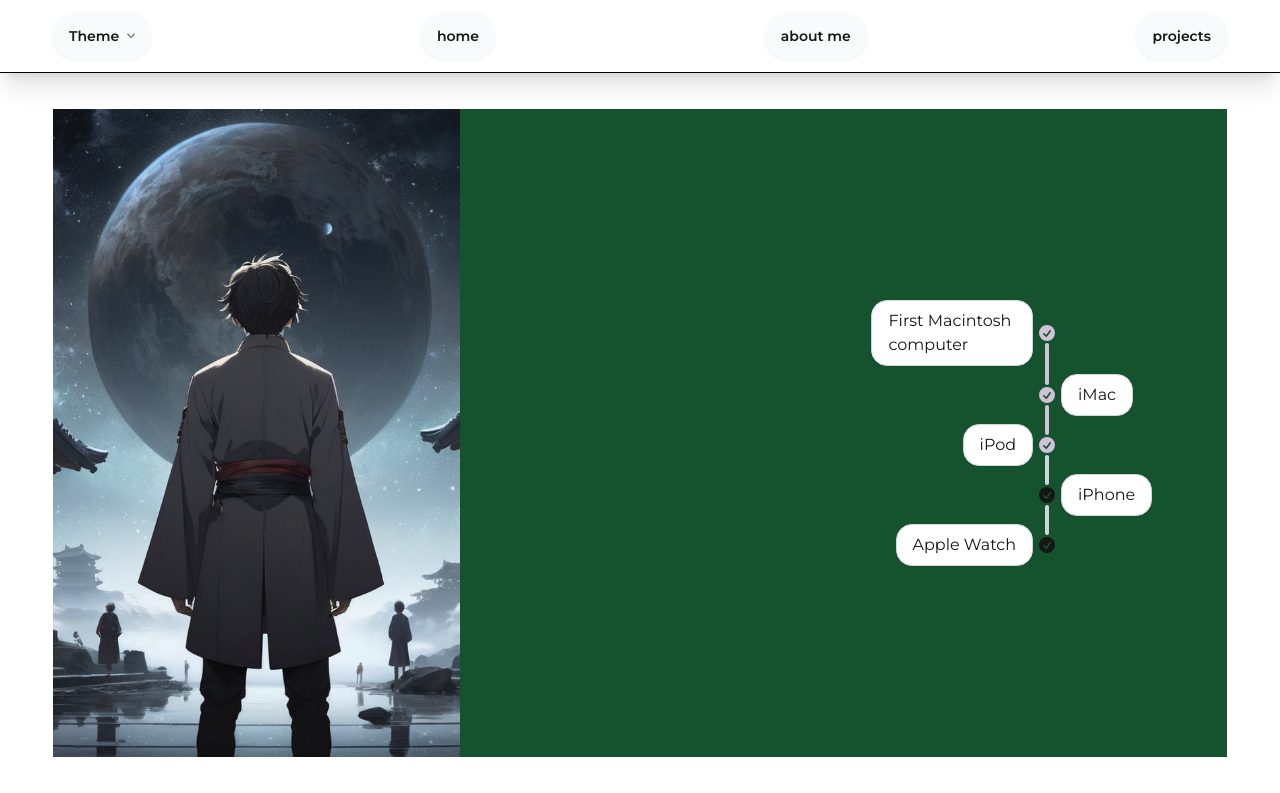
Repository: Yakyaz/myWebsite
Page: /about
An editor plug-in stored every save of this project. The page is shown before and after the next save, followed by the edit.
The browser window is 1280 px wide. The pictures show the whole page.
The project was rebuilt for these pictures with package versions that can differ from the ones it lists, and the page was loaded fresh each time. The framework's server and built-in components were replaced by stand-ins that run in the browser. Also part of the build but not shown: next.config.js.

Above is the page before, as saved 2023-12-05 21:44:37.

### app/layout.tsx
import type { Metadata } from "next";
import { Montserrat } from "next/font/google";
import "./globals.css";
import Navbar from "../components/navbar";

const montserrat = Montserrat({ subsets: ["latin"] });

export const metadata: Metadata = {
  title: "Create Next App",
  description: "Generated by create next app",
};

export default function RootLayout({
  children,
}: {
  children: React.ReactNode;
}) {
  return (
    <html lang="en" data-theme="pastel" style={{ overflow: "hidden" }}>
      <body className={montserrat.className} style={{ overflow: "hidden" }}>
        <Navbar />
        <div>{children}</div>
      </body>
    </html>
  );
}

### app/about/page.tsx
import Link from "next/link";
import bg from "public/background.png";
import Image from "next/image";
function Home() {
  return (
    <main className="w-screen h-screen flex items-center justify-center ">
      <div
        className="bg-green-900 w-11/12 flex justify-center items-center "
        style={{ height: "90%" }}
      >
        <div className=" h-full w-full">
          <Image
            className="  mb-3 h-full w-1/2 object-cover "
            alt="Pb"
            src={bg}
            placeholder="blur"
            quality={100}
            sizes="100%"
          />
        </div>
        <div>
          <ul className="timeline timeline-vertical">
            <li>
              <div className="timeline-start timeline-box">
                First Macintosh computer
              </div>
              <div className="timeline-middle">
                <svg
                  xmlns="http://www.w3.org/2000/svg"
                  viewBox="0 0 20 20"
                  fill="currentColor"
                  className="w-5 h-5 text-primary"
                >
                  <path
                    fillRule="evenodd"
                    d="M10 18a8 8 0 100-16 8 8 0 000 16zm3.857-9.809a.75.75 0 00-1.214-.882l-3.483 4.79-1.88-1.88a.75.75 0 10-1.06 1.061l2.5 2.5a.75.75 0 001.137-.089l4-5.5z"
                    clipRule="evenodd"
                  />
                </svg>
              </div>
              <hr className="bg-primary" />
            </li>
            <li>
              <hr className="bg-primary" />
              <div className="timeline-middle">
                <svg
                  xmlns="http://www.w3.org/2000/svg"
                  viewBox="0 0 20 20"
                  fill="currentColor"
                  className="w-5 h-5 text-primary"
                >
                  <path
                    fillRule="evenodd"
                    d="M10 18a8 8 0 100-16 8 8 0 000 16zm3.857-9.809a.75.75 0 00-1.214-.882l-3.483 4.79-1.88-1.88a.75.75 0 10-1.06 1.061l2.5 2.5a.75.75 0 001.137-.089l4-5.5z"
                    clipRule="evenodd"
                  />
                </svg>
              </div>
              <div className="timeline-end timeline-box">iMac</div>
              <hr className="bg-primary" />
            </li>
            <li>
              <hr className="bg-primary" />
              <div className="timeline-start timeline-box">iPod</div>
              <div className="timeline-middle">
                <svg
                  xmlns="http://www.w3.org/2000/svg"
                  viewBox="0 0 20 20"
                  fill="currentColor"
                  className="w-5 h-5 text-primary"
                >
                  <path
                    fillRule="evenodd"
                    d="M10 18a8 8 0 100-16 8 8 0 000 16zm3.857-9.809a.75.75 0 00-1.214-.882l-3.483 4.79-1.88-1.88a.75.75 0 10-1.06 1.061l2.5 2.5a.75.75 0 001.137-.089l4-5.5z"
                    clipRule="evenodd"
                  />
                </svg>
              </div>
              <hr />
            </li>
            <li>
              <hr />
              <div className="timeline-middle">
                <svg
                  xmlns="http://www.w3.org/2000/svg"
                  viewBox="0 0 20 20"
                  fill="currentColor"
                  className="w-5 h-5"
                >
                  <path
                    fillRule="evenodd"
                    d="M10 18a8 8 0 100-16 8 8 0 000 16zm3.857-9.809a.75.75 0 00-1.214-.882l-3.483 4.79-1.88-1.88a.75.75 0 10-1.06 1.061l2.5 2.5a.75.75 0 001.137-.089l4-5.5z"
                    clipRule="evenodd"
                  />
                </svg>
              </div>
              <div className="timeline-end timeline-box">iPhone</div>
              <hr />
            </li>
            <li>
              <hr />
              <div className="timeline-start timeline-box">Apple Watch</div>
              <div className="timeline-middle">
                <svg
                  xmlns="http://www.w3.org/2000/svg"
                  viewBox="0 0 20 20"
                  fill="currentColor"
                  className="w-5 h-5"
                >
                  <path
                    fillRule="evenodd"
                    d="M10 18a8 8 0 100-16 8 8 0 000 16zm3.857-9.809a.75.75 0 00-1.214-.882l-3.483 4.79-1.88-1.88a.75.75 0 10-1.06 1.061l2.5 2.5a.75.75 0 001.137-.089l4-5.5z"
                    clipRule="evenodd"
                  />
                </svg>
              </div>
            </li>
          </ul>
        </div>
      </div>
    </main>
  );
}

export default Home;

### components/navbar.tsx
import Link from "next/link";
import React from "react";
import Toggle from "./toggle";

const Navbar = () => {
  return (
    <ul className="flex flex-row justify-between items-center p-2 pr-12 pl-12 border-b border-black shadow-xl">
      <li>
        <Toggle />
      </li>
      <li>
        <Link className=" btn m-1" href="/home">
          home
        </Link>
      </li>
      <li>
        <Link className="btn m-1" href="/about">
          about me
        </Link>
      </li>
      <li>
        <Link className="btn m-1" href="/projects">
          projects
        </Link>
      </li>
    </ul>
  );
};

export default Navbar;

### components/toggle.tsx
import React from "react";

const Toggle = () => {
  return (
    <div className="dropdown ">
      <div tabIndex={0} role="button" className="btn m-1">
        Theme
        <svg
          width="12px"
          height="12px"
          className="h-2 w-2 fill-current opacity-60 inline-block"
          xmlns="http://www.w3.org/2000/svg"
          viewBox="0 0 2048 2048"
        >
          <path d="M1799 349l242 241-1017 1017L7 590l242-241 775 775 775-775z"></path>
        </svg>
      </div>
      <ul
        tabIndex={0}
        className="dropdown-content z-[1] p-2 shadow-2xl bg-base-300 rounded-box w-52"
      >
        <li>
          <input
            type="radio"
            name="theme-dropdown"
            className="theme-controller btn btn-sm btn-block btn-ghost justify-start"
            aria-label="Default"
            value="default"
          />
        </li>
        <li>
          <input
            type="radio"
            name="theme-dropdown"
            className="theme-controller btn btn-sm btn-block btn-ghost justify-start"
            aria-label="Retro"
            value="retro"
          />
        </li>
        <li>
          <input
            type="radio"
            name="theme-dropdown"
            className="theme-controller btn btn-sm btn-block btn-ghost justify-start"
            aria-label="Cyberpunk"
            value="cyberpunk"
          />
        </li>
        <li>
          <input
            type="radio"
            name="theme-dropdown"
            className="theme-controller btn btn-sm btn-block btn-ghost justify-start"
            aria-label="Dracula"
            value="dracula"
          />
        </li>
        <li>
          <input
            type="radio"
            name="theme-dropdown"
            className="theme-controller btn btn-sm btn-block btn-ghost justify-start"
            aria-label="Aqua"
            value="aqua"
          />
        </li>
      </ul>
    </div>
  );
};

export default Toggle;

### tailwind.config.ts
import type { Config } from "tailwindcss";

const config: Config = {
  content: [
    "./pages/**/*.{js,ts,jsx,tsx,mdx}",
    "./components/**/*.{js,ts,jsx,tsx,mdx}",
    "./app/**/*.{js,ts,jsx,tsx,mdx}",
  ],
  theme: {
    extend: {
      backgroundImage: {
        "gradient-radial": "radial-gradient(var(--tw-gradient-stops))",
        "gradient-conic":
          "conic-gradient(from 180deg at 50% 50%, var(--tw-gradient-stops))",
      },
    },
  },
  plugins: [require("daisyui")],
  daisyui: {
    themes: ["pastel", "retro", "cyberpunk", "dracula", "aqua"],
  },
};
export default config;

Loaded but not shown: app/globals.css (common file)

After the next save:
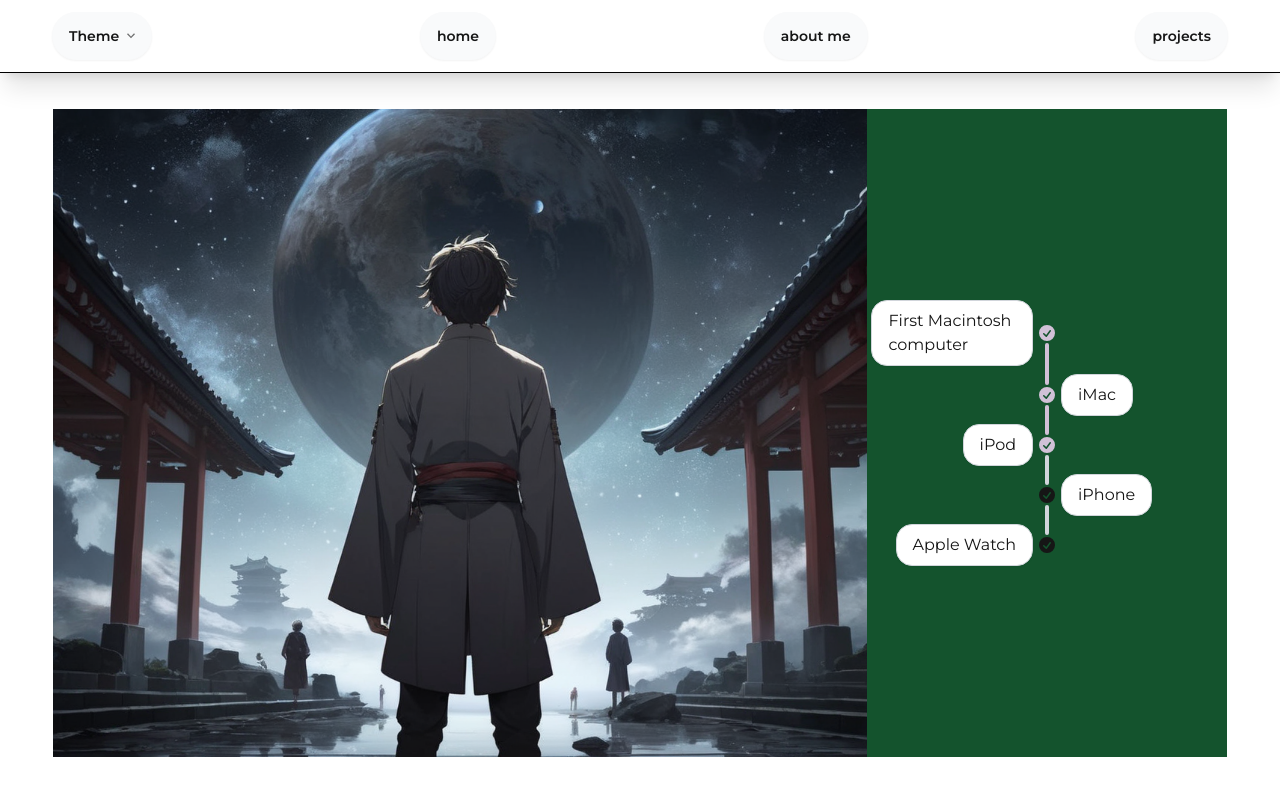
Saved 35 s later.
--- a/app/about/page.tsx
+++ b/app/about/page.tsx
@@ -10,7 +10,7 @@
       >
         <div className=" h-full w-full">
           <Image
-            className="  mb-3 h-full w-1/2 object-cover "
+            className="  mb-3 h-full w-full object-cover "
             alt="Pb"
             src={bg}
             placeholder="blur"
